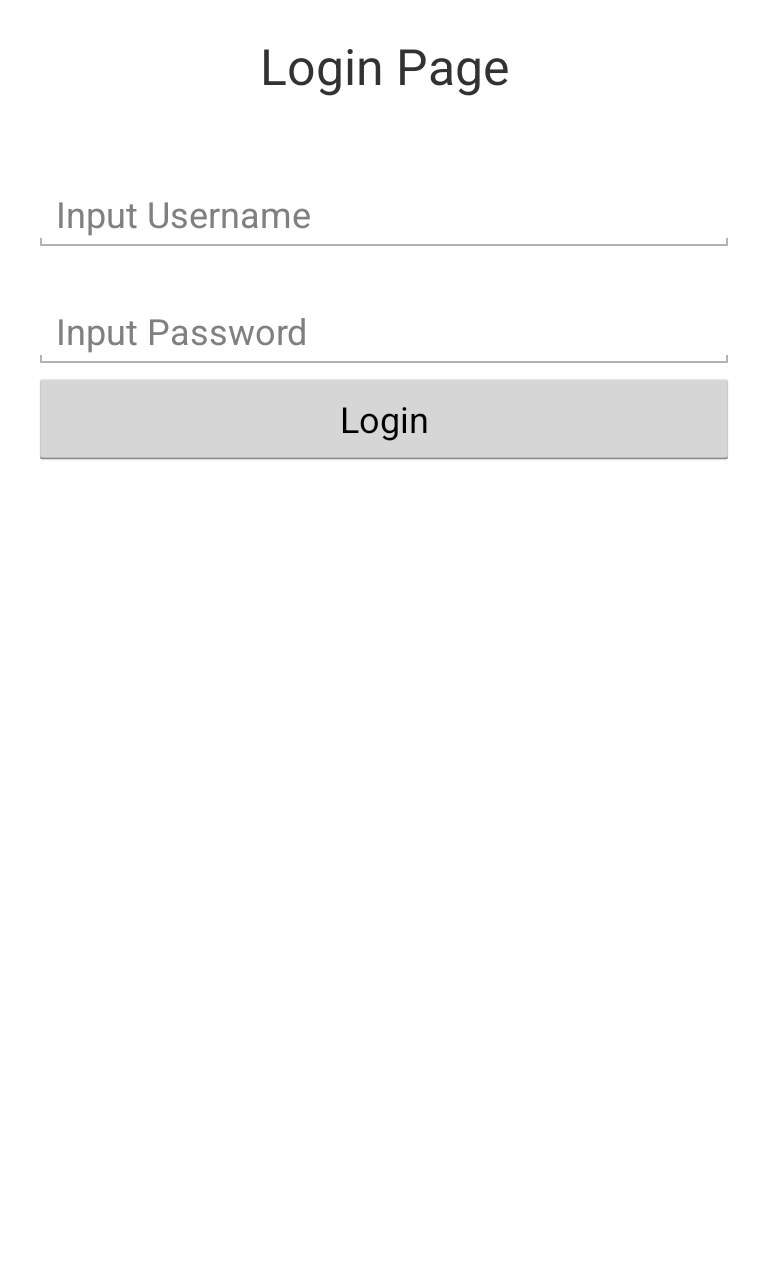
Repository: ikhsan-muhammad/mobile_programming
Layout: Kumpulan Project/Persiapan UAS/res/layout/activity_login.xml
An editor plug-in stored every save of this project. The layout is shown before and after the next save, followed by the edit.
It is drawn on a 768 x 1280 px phone screen (xhdpi) without system bars, with theme AppTheme; the app's code is not run.

Above is the layout before, as saved 2022-07-12 16:36:52.

### Kumpulan Project/Persiapan UAS/res/layout/activity_login.xml
<RelativeLayout xmlns:android="http://schemas.android.com/apk/res/android"
    xmlns:tools="http://schemas.android.com/tools"
    android:layout_width="match_parent"
    android:layout_height="match_parent"
    android:paddingBottom="@dimen/activity_vertical_margin"
    android:paddingLeft="@dimen/activity_horizontal_margin"
    android:paddingRight="@dimen/activity_horizontal_margin"
    android:paddingTop="@dimen/activity_vertical_margin"
    tools:context=".LoginActivity" >

    <LinearLayout
        android:layout_width="match_parent"
        android:layout_height="wrap_content"
        android:layout_alignParentLeft="true"
        android:orientation="vertical" >

        <TextView
            android:id="@+id/textView1"
            android:layout_width="match_parent"
            android:layout_height="wrap_content"
            android:gravity="center"
            android:text="Login Page"
            android:textSize="25sp" />

        <LinearLayout
            android:layout_width="match_parent"
            android:layout_height="wrap_content"
            android:orientation="vertical" >

            <TextView
                android:id="@+id/textView2"
                android:layout_width="match_parent"
                android:layout_height="wrap_content"
                android:text=" " />

            <TextView
                android:id="@+id/textView3"
                android:layout_width="match_parent"
                android:layout_height="wrap_content"
                android:text=" " />

            <LinearLayout
                android:layout_width="match_parent"
                android:layout_height="wrap_content"
                android:orientation="vertical" >

                <EditText
                    android:id="@+id/edit_username"
                    android:layout_width="match_parent"
                    android:layout_height="wrap_content"
                    android:ems="10"
                    android:hint="Input Username" />

                <TextView
                    android:id="@+id/textView4"
                    android:layout_width="match_parent"
                    android:layout_height="wrap_content"
                    android:text=" " />

                <EditText
                    android:id="@+id/edit_pass"
                    android:layout_width="match_parent"
                    android:layout_height="wrap_content"
                    android:ems="10"
                    android:hint="Input Password" />

                <LinearLayout
                    android:layout_width="match_parent"
                    android:layout_height="wrap_content"
                    android:orientation="vertical" >

                    <Button
                        android:id="@+id/btn_login"
                        android:layout_width="match_parent"
                        android:layout_height="wrap_content"
                        android:text="Login" />

                    <TextView
                        android:id="@+id/textView5"
                        android:layout_width="match_parent"
                        android:layout_height="wrap_content"
                        android:text=" " />

                    <TextView
                        android:id="@+id/txt_status"
                        android:layout_width="match_parent"
                        android:layout_height="wrap_content"
                        android:text=" "
                        android:textColor="#ff2800" />

                </LinearLayout>

            </LinearLayout>

        </LinearLayout>

    </LinearLayout>

</RelativeLayout>

Loaded but not shown: Kumpulan Project/Persiapan UAS/res/values/styles.xml (common file); Kumpulan Project/Persiapan UAS/res/values-v11/styles.xml (common file); Kumpulan Project/Persiapan UAS/res/values-v14/styles.xml (common file); Kumpulan Project/Persiapan UAS/res/values/dimens.xml (common file)

After the next save:
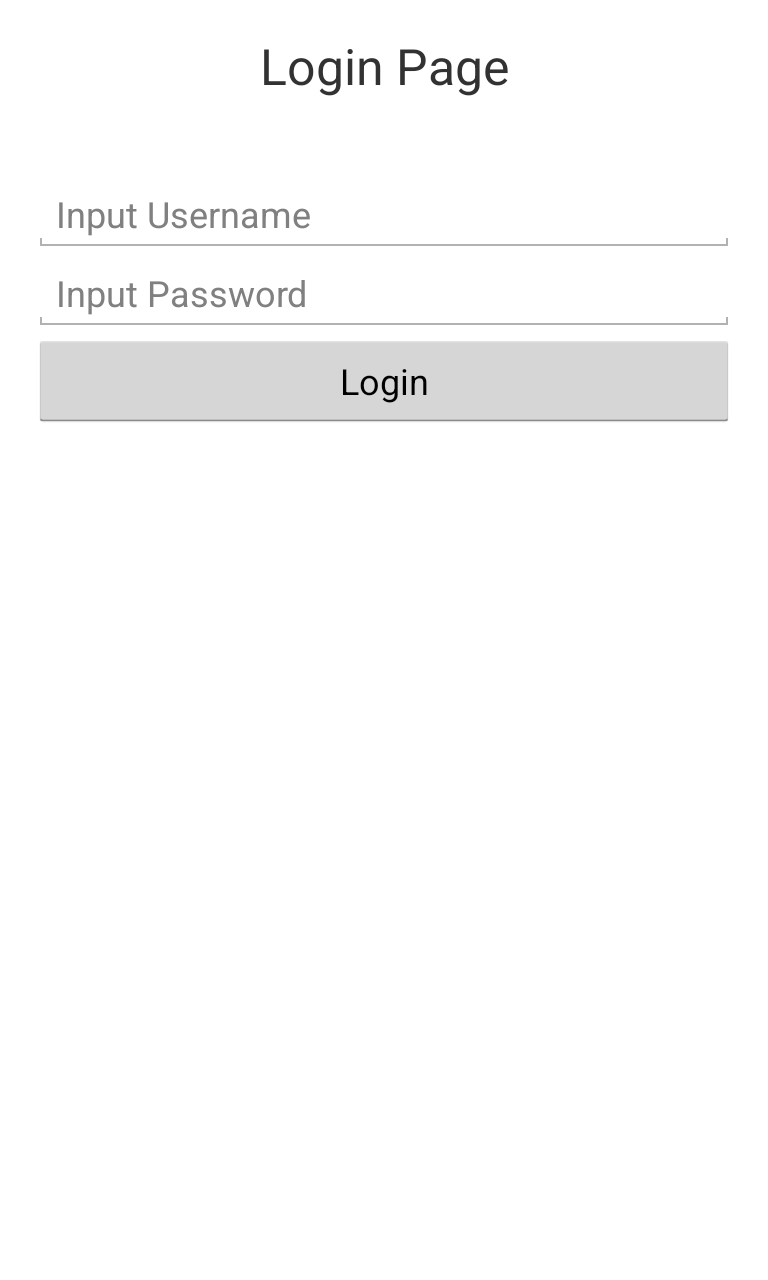
Saved 2 min 21 s later.
--- a/Kumpulan Project/Persiapan UAS/res/layout/activity_login.xml
+++ b/Kumpulan Project/Persiapan UAS/res/layout/activity_login.xml
@@ -51,12 +51,6 @@
                     android:ems="10"
                     android:hint="Input Username" />
 
-                <TextView
-                    android:id="@+id/textView4"
-                    android:layout_width="match_parent"
-                    android:layout_height="wrap_content"
-                    android:text=" " />
-
                 <EditText
                     android:id="@+id/edit_pass"
                     android:layout_width="match_parent"
